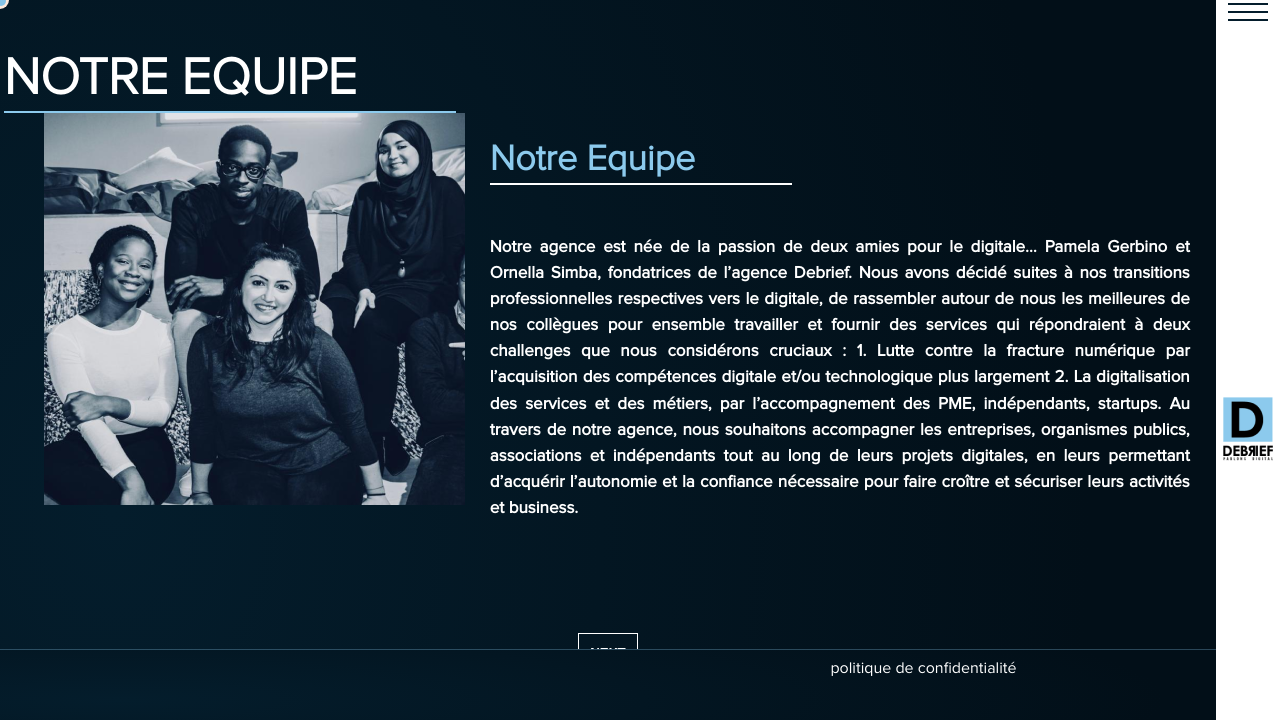
Repository: keloriane/debriefs
Page: /debriefs/a-propos
These files come from the project's save history. The page is drawn as it stood at one moment and after the next save; the edit follows.
The browser window is 1280 px wide. The pictures show the whole page.
The project was rebuilt for these pictures with package versions that can differ from the ones it lists, and the page was loaded fresh each time. Also part of the build but not shown: src/components/Title/Title.jsx, src/components/page/Contact/Contact.jsx, src/components/Nav/Nav.jsx, src/components/page/Home/Home.jsx, src/components/page/Service/Services.jsx, src/components/page/Service/ServiceDetails.jsx, src/components/page/Webinaire/Webinaires.jsx, src/components/page/Techspace/Techspace.jsx and 7 more. Imported but missing from the stored project, and not drawn on this page: src/assets/video/video.mp4.

Above is the page before, as saved 2020-07-28 13:31:58.

### public/index.html
<!DOCTYPE html>
<html lang="en">
  <head>
    <meta charset="utf-8" />
    <link rel="icon" href="%PUBLIC_URL%/favicon.ico" />
    <meta name="viewport" content="width=device-width, initial-scale=1" />
    <meta name="theme-color" content="#000000" />
    <meta
      name="description"
      content="Web site created using create-react-app"
    />
    <link rel="apple-touch-icon" href="%PUBLIC_URL%/logo192.png" />
    <link href="https://fonts.googleapis.com/css2?family=Inter:wght@300;400;600;700&display=swap" rel="stylesheet">
    <link rel="manifest" href="%PUBLIC_URL%/manifest.json" />
    <title>React App</title>
  </head>
  <body>
    <noscript>You need to enable JavaScript to run this app.</noscript>
    <div id="root"></div>
  </body>
</html>

### src/App.scss

@import "./assets/style/module/variables.scss";
@import "./assets/style/module/breakpoints.scss";



h2, h3{
  font-family:$proxyL;
}
button{
  color: $white;
}
body,
html {
  user-select: none;
  background: $white;
  overscroll-behavior: none;
  margin: 0;
  font-family: "Proxima";
  -webkit-font-smoothing: antialiased;
  -moz-osx-font-smoothing: grayscale;
}

.container {
  width: 1560px;
  min-width: 1560px;
  margin: 0 auto;
  height: 100%;
  @include media("<=1560px") {
    width: 1280px;
    min-width: 1280px;
  }
  @include media("<=desktop") {
    width: 1080px;
    min-width: 1080px;
  }
  @include media("<=1080px") {
    width: 100%;
    min-width: 100%;
  }
  .row {
    display: flex;
    height: 95%;
    padding: 0 32px;
    @include media("<=phone") {
      padding: 0 16px;
    }
  }
  .v-center {
    align-items: center;
  }
  .space-between {
    justify-content: space-between;
  }
}
.intro-container{
  width: 100vw;
  height: 100vh;
  overflow: hidden;
  display: flex;
  align-items: center;
  justify-content: center;
  background: radial-gradient(80.27% 180.6% at 9.33% 71.2%, #0D0D0D 0%, #041D2C 100%);

}

#loader{
  width: 30vw;
}

path{
  overflow: hidden;
}

a{
  text-decoration: none;
}

.container-fluid {
  width: 95%;
  height: 100%;
  .row {
    display: flex;
    height: 95%;
  }

}
#page{
  background: radial-gradient(80.27% 180.6% at 9.33% 71.2%, #0D0D0D 0%, #020f18 100%);
  width: 100vw;
  height: 100vh;
  background-color: #fff;
  overflow: inherit;
  @include media('<=tablet'){
    height: 100%;
    width: 100%;
  }
}

*{
  padding: 0;
  margin: 0;

}

### src/components/page/Main/Main.jsx
import React,{useState} from "react";
import "./main.scss";

import "./main.scss";
import {teams} from "./team";
import { HomeB } from "../../BreadCrumbs/HomeB";

const Main = () => {

    let [index , setIndex] = useState(0)


    const [slide , setSlide] = useState({
        teams: teams,
        team : teams[index]
    })

    const nextSlide = (e) => {
        e.preventDefault()
        setIndex(index +=1)
        setSlide({
            team: teams[index]
        })

        if(index === 3 ){
            setIndex(0)
        }
    }



    return (
        <>
        <div id="main-about-page">
            <div className="logo-content-about">
                <HomeB />
            </div>
            <div className="about-media-content">
                <div className="title-content">
                    <h2>NOTRE EQUIPE</h2>
                    <div className="underline"></div>
                </div>
                <div className="team-content">

                <div className="image-container">
                    <img src={slide.team.image} alt="" />
                </div>

            <div className="about-text-content">
                <h3 className="about-title">{slide.team.title}</h3>
                <div className="underline-about"></div>
                <p className="about-text">
                   {slide.team.about}
                </p>
            </div>
            </div>

                </div>
        <button onClick={nextSlide}>
            next
        </button>
        </div>
        </>
    )
}
export default Main;

### src/components/page/Footer/Footer.jsx
import React from "react";
import "./footer.scss"

const Footer = () => {
    return (
        <div id="footer">
            <div className="logo-footer">


            </div>
            <div className="links">
            <a href="politique de fonidentialité pdf">politique de confidentialité</a>

            </div>
        </div>
    )
}
export default Footer;

### src/assets/style/module/variables.scss
$white:#ffffff;
$lBlue:#8CCAED;
$dBlue:#041D2C;
$gradient: radial-gradient(80.27% 180.6% at 9.33% 71.2%, #041d2c 0%, #020f18 100%);
$gradientInner: radial-gradient(80.27% 180.6% at 9.33% 71.2%, #041B28 0%, #03141F 100%);
$proxy: "Proxima";
$proxyB: "Proxima-bold";
$proxyL: "Proxima-light";


@font-face {
    font-family: "Proxima";
    src: url("./../../fonts/ProximaNova-Regular.otf") format("opentype"),


}

@font-face {
    font-family: "Proxima-bold";
    src: url("./../../fonts/ProximaNova-Bold.otf") format("opentype"),
}
@font-face {
    font-family: "Proxima-light";
    src: url("./../../fonts/ProximaNova-Light.otf") format("opentype"),
}

### src/components/page/Main/main.scss
//head
@import "./../../../assets/style/module/variables.scss";
@import "./../../../assets/style/module/breakpoints.scss";

.logo-content-about{
  svg{

    @include media("<=1365px"){
      display: none;
    }
  }
}


#main-about-page {
  display: flex;
  color: $white;
  justify-content: space-around;
  width: 95vw;
  height: 100vh;
  align-items: center;
  background: $gradient;
  flex-wrap: wrap;
  @include media("<=tablet"){
    height: 100%;
  }
  .about-media-content{
    display: flex;
    flex-flow: column;
    height: 490px;
    justify-content: space-around;
    .team-content{
      display: flex;
    }
    .image-container{
      margin-left: 40px;
      @include media("<=tablet"){
        margin-left: 0;
      }
      img{
        width: 100%;
        max-width: 450px;
      }
    }

    h2 {
      font-size: 52px;
      line-height: 63px;
      color: #FFFFFF;
      @include media("<=tablet"){
        font-size: 4vw;
      }
    }

  }



  .about-text-content {
    max-width: 700px;
    width: 100%;
    padding:25px;
    p{
      text-align: justify;
    }

    .underline-about {
      width: 100%;
      max-width: 300px;
      border: .5px solid #FFFFFF;
    }

    .about-title {
      font-weight: 600;
      font-size: 36px;
      line-height: 45px;

      color: $lBlue;
    }

    .about-text {
      margin-top: 50px;
      font-weight: 600;
      font-size: 17px;
      line-height: 154.3%;
      /* or 25px */


      color: #FFFFFF;

    }
  }

}

### src/components/Cursor/cursor.scss
@import "./../../assets//style/module/easing.scss";
@function rem($pixel) {
    @return $pixel/16+rem;
}
$desktop: 1920px;
.c-cursor {
    height: rem(18);
    position: fixed;
    left: rem(-9);
    top: rem(-9);
    z-index: 9;
    width: rem(18);
    display: flex;
    justify-content: center;
    align-items: center;
    transition: 1s cubic-bezier(0.19, 1, 0.22, 1);
    pointer-events: none;
    backface-visibility: hidden;
    mix-blend-mode: difference;
    &:before {
        // border: 1px solid hsla(0, 0%, 83%, 1);
        background-color: #ffffff;
        border-radius: 50%;
        height: 100%;
        content: "";
        width: 100%;
        position: absolute;
        left: 0;
        top: 0;
        mix-blend-mode: difference;
        .is-hover & {
            mix-blend-mode: difference;
            transform: scale(2.5);
            transition: all 0.3s $easeOutQuad;
        }
    }
}

button {
    height: 40px;
    width: 60px;
}

#box-css {
    animation: slidein 20s infinite;
}

@keyframes slidein {
    from {
        transform: translateX(-500px);
    }
    to {
        transform: translateX(1000px);
    }
}

#inner-cursor {
    height: 10px;
    position: fixed;
    z-index: 10;
    width: 10px;
    display: flex;
    left: -0.25rem;
    top: -0.25rem;
    justify-content: center;
    align-items: center;
    background-color: #85C3E6;
    border-radius: 100%;
    pointer-events: none;
    &:before {
        background-color: #85C3E6;
        border-radius: 50%;
        height: 100%;
        width: 100%;
        position: absolute;
        left: 10;
        top: 10;
        .is-hover & {
            border: 1px solid hsla(274, 100%, 50%, 1);
            transform: scale(2.5);
        }
    }
}

### src/components/page/Service/services.scss
@import "./../../../assets//style//module/variables.scss";
@import "./../../../assets//style//module/breakpoints.scss";
#services {
  background: $gradient;
  width: 95vw;
  height: 100vh;
  display: flex;
  align-items: center;
  .logo-bread{
    margin-left: 40px;
  }
  .logo-layer{
    margin-left: 50px;
  }
  @include media('<=652px'){
    height: 100%;
  }
  @include media('<=phone'){
    height: 100%;
    width: 320px;
    margin: 0 auto;
    background:none;
  }

  .service-container {
    margin: 0 auto;
  }
  .title-service {
    max-width: 409px;
    height: 88px;
    h2 {
      font-family: "Proxima";
      font-style: normal;
      font-weight: 600;
      font-size: 52px;
      line-height: 63px;
      color: #ffffff;
      text-transform: uppercase;
    }
  }
  .services-grid {
    width: 100%;
    max-width: 800px;
    margin: 0 auto;
    display: flex;

    flex-wrap: wrap;
    justify-content: space-around;
    align-items: center;
    @include media('<=phone'){
      height: 100%;
      width: 320px;
      margin: 0 auto;
    }

    .service-item {
      width: 310px;
      height: 165px;
      display: flex;
      flex-flow: column;
      justify-content: space-around;
      margin-top: 45px;
      .number {
        align-self: flex-end;
      }
      .headline-service {
        display: flex;
        justify-content: space-between;
        h3 {
          font-style: normal;
          font-weight: bold;
          font-size: 21px;
          line-height: 26px;
          color: #ffffff;
        }
      }
      p {
        font-family: "Proxima";
        font-style: normal;
        font-weight: 500;
        font-size: 18px;
        line-height: 22px;

        color: #fcfcfc;
      }
      .underline-service {
        width: 269px;
        border: 0.5px solid white;
      }
    }
  }
}

### src/components/MenuBox/menu.scss
@import "./../../assets/style/module/variables.scss";

  .menu-box {
    width: 100%;
    height: 100vh;
    overflow: hidden;
    position: fixed;
    display: grid;
    top: 0;
    left: 0;
    grid-template-columns: 20% 30% 50%;
    grid-template-rows: 60% 40%;
    grid-template-areas:
      "item3 item2 item1"
      "item4 item4 item1";
    z-index: 0;
    display:grid;
      .menu__item {
          overflow: hidden;

          &.menu__item1 {

              background: $dBlue;
              grid-area: item1;
              transform: translateY(-100%);
            }
            &.menu__item2 {
                background: $dBlue;

                transform: translateX(-170%);
                grid-area: item2;
            }
            &.menu__item3 {
                background: $white;

                transform: translateX(-100%);
                grid-area: item3;
            }
            &.menu__item4 {
                background: $lBlue;
                grid-area: item4;
                transform: translateX(-100%);

            }
            &.menu__item5 {
                background: $white;
                grid-area: item5;



            }
        }

      .menu__item-inner {
        display: flex;
        flex-direction: column;

        align-items: center;
        height: 100%;
        a {
          font-size: 2vw;
          overflow: visible;
          margin: 0.5rem 0;
          padding: 0 0.5rem;
          position: relative;
          transition: color 0.3s;
          color: $white;
          &:hover{
              color: $lBlue;
          }

        }
      }
    }




// .menu-box {
//     text-align: center;
//     width: 100%;
//     height: 100vh;
//     overflow: hidden;
//     position: fixed;
//     top: 0;
//     left: 0;
//     z-index: 200;
//     display: grid;
//     grid-template-columns: 100%;
//     grid-template-rows: repeat(3,33.33%);
//     pointer-events: none;
// }

### src/components/page/Footer/footer.scss
@import "./../../../assets/style/module/variables.scss";

#footer{
    height: 50px;
    border-top: 1px solid rgba(133, 195, 230, 0.31);
    position: fixed;
    bottom: 0;
    width: 100%;
    background: $gradient;
    padding: 10px;
    display: flex;
    justify-content: space-around;
    a{
        color: white;
    }
    img{
        width: 60px;
    }
}

### src/components/page/Blog/Blog.scss
@import "./../../../assets/style/module/variables.scss";
@import "./../../../assets/style/module/breakpoints.scss";

#blog {
  width: 100vw;
  height: 100%;
  background: $gradient;
  color: $white;
  display: flex;
  align-items: center;
  .underline{
      margin-top: 5px;
      width: 180px;
  }
  .inner-blog{
      width: 1240px;
      height: 700px;

      margin: 0 auto;
      .blog-wrapper {
        margin-top: 50px;
        width: 100%;
        height: 100%;
        display: flex;
        flex-wrap: wrap;
        justify-content: space-around;
        overflow-y: scroll;

        .blog-article {
          background: radial-gradient(
            80.27% 180.6% at 9.33% 71.2%,
            #0d0d0d 0%,
            #041d2c 100%
            );
            overflow: hidden;
          border: 0.5px solid #d7d7d7;
          box-sizing: border-box;
          border-radius: 40px 0px;
          max-width: 450px;
          width: 100%;
          height: 620px;
          margin-bottom: 40px;
          .image-article-container{
              max-height: 255px;
              overflow: hidden;
          }
          .article-headline {
            display: flex;
            height: 20px;
            align-items: center;
            justify-content: space-between;
            padding: 10px;
            .article-title {
              font-family: $proxyL;
              font-size: 24px;
              line-height: 154.3%;
              font-weight: 200;
              /* or 37px */

              color: #ffffff;

            }
            .article-time{
                font-size: 10px;
            }
        }
                .article-content {
                    padding: 24px;
                    p{
                        text-align: justify;
                        font-size: 16px;
                        line-height: 154.3%;
    /* or 25px */
                    }
                }
          img {
            width: 100%;
            filter: saturate(0%);
          }
        }
      }
  }
}

### src/components/page/Dcg/dcg.scss
@import "./../../../assets/style/module/variables.scss";
@import "./../../../assets/style/module/breakpoints.scss";

#digital-career-center {
  width: 95vw;
  height: 100vh;
  background-color: $white;
  .inner-container {
    display: flex;
    max-width: 1280px;
    width: 100%;
    height: 100%;
    justify-content: space-around;
    align-items: center;
    flex-flow: wrap;
    margin: 0 auto;
    .dcg-image-container {
      .inner-image {
        max-width: 589px;
        width: 100%;
        height: 366px;
        position: relative;
      }
      .inner-image {
          .bus{
            position: absolute;
            bottom: -61px;
            right: -20px;
          }
      }
    }
    .inner-text-content {
      .title-back-layer {
        position: absolute;
        left: 29%;
        background-color: $dBlue;
        height: 50px;
        display: flex;
        align-items: center;
        margin-bottom: 20px;
        top: 31%;
        // width: 272px;
        padding: 10px;
        overflow: hidden;
        h2 {
          text-transform: uppercase;
          color: $white;
          font-size: 45px;
        }
        @include media("<=tablet") {
          position: relative;
          display: block;
          left: 0;
          top: 0;
        }
      }
      .text-inner-content {
        width: 100%;
        max-width: 616px;
        margin-top: 50px;
        p {
          font-weight: 300;
          font-size: 16px;
          line-height: 175.9%;
          /* or 28px */

          text-align: justify;
          letter-spacing: 0.05em;
        }
      }
    }
  }
}

### src/components/Title/title.scss
@import "./../../assets/style/module/variables.scss";
@import "./../../assets/style/module/breakpoints.scss";
.title-container{
    display: flex;
    flex-flow: column;
    justify-content: space-around;

    h2{
        font-size: 52px;
        color: white;
        @include media('<=phone'){

            margin: 0 auto;
            font-size: 20px;

          }
    }
    .underline{

        width: 100%;
        max-width: 340px;
    }


}

### src/components/Nav/nav.scss
@import "./../../assets/style/module/variables.scss";
.home-nav {
    ul {
        display: flex;
        justify-content: space-around;
        align-items: center;

        li {
            list-style: none;

            a {
                font-family: "Proxima";
                font-style: normal;
                font-weight: bold;
                font-size: 18px;
                line-height: 175.9%;
                /* or 32px */
                text-align: center;
                letter-spacing: 0.05em;
                color: $white;
                text-transform: uppercase;
                text-decoration: none;
            }

            button {
                position: relative;
                width: 169px;
                height: 49px;
                border: 1px solid $white;
                box-sizing: border-box;
                background: none;
                text-transform: uppercase;
                font-weight: bold;
                    color: $white;

            }
        }
    }
}

### src/assets/style/module/easing.scss
$linear: cubic-bezier(0.250, 0.250, 0.750, 0.750);
$ease: cubic-bezier(0.250, 0.100, 0.250, 1.000);
$ease-in: cubic-bezier(0.420, 0.000, 1.000, 1.000);
$ease-out: cubic-bezier(0.000, 0.000, 0.580, 1.000);
$ease-in-out: cubic-bezier(0.420, 0.000, 0.580, 1.000);
$easeInQuad: cubic-bezier(0.550, 0.085, 0.680, 0.530);
$easeInCubic: cubic-bezier(0.550, 0.055, 0.675, 0.190);
$easeInQuart: cubic-bezier(0.895, 0.030, 0.685, 0.220);
$easeInQuint: cubic-bezier(0.755, 0.050, 0.855, 0.060);
$easeInSine: cubic-bezier(0.470, 0.000, 0.745, 0.715);
$easeInExpo: cubic-bezier(0.950, 0.050, 0.795, 0.035);
$easeInCirc: cubic-bezier(0.600, 0.040, 0.980, 0.335);
$easeInBack: cubic-bezier(0.600, -0.280, 0.735, 0.045);
$easeOutQuad: cubic-bezier(0.250, 0.460, 0.450, 0.940);
$easeOutCubic: cubic-bezier(0.215, 0.610, 0.355, 1.000);
$easeOutQuart: cubic-bezier(0.165, 0.840, 0.440, 1.000);
$easeOutQuint: cubic-bezier(0.230, 1.000, 0.320, 1.000);
$easeOutSine: cubic-bezier(0.390, 0.575, 0.565, 1.000);
$easeOutExpo: cubic-bezier(0.190, 1.000, 0.220, 1.000);
$easeOutCirc: cubic-bezier(0.075, 0.820, 0.165, 1.000);
$easeOutBack: cubic-bezier(0.175, 0.885, 0.320, 1.275);
$easeInOutQuad: cubic-bezier(0.455, 0.030, 0.515, 0.955);
$easeInOutCubic: cubic-bezier(0.645, 0.045, 0.355, 1.000);
$easeInOutQuart: cubic-bezier(0.770, 0.000, 0.175, 1.000);
$easeInOutQuint: cubic-bezier(0.860, 0.000, 0.070, 1.000);
$easeInOutSine: cubic-bezier(0.445, 0.050, 0.550, 0.950);
$easeInOutExpo: cubic-bezier(1.000, 0.000, 0.000, 1.000);
$easeInOutCirc: cubic-bezier(0.785, 0.135, 0.150, 0.860);
$easeInOutBack: cubic-bezier(0.680, -0.550, 0.265, 1.550);

Loaded but not shown: src/index.js (common file); src/index.css (common file); src/serviceWorker.js (common file); src/App.js (104 lines, source omitted); src/components/page/Main/team.js (20 lines, source omitted); src/functions/Animation.js (104 lines, source omitted); src/components/Cursor/Cursor.js (55 lines, source omitted); src/components/Loader/Loader.jsx (42 lines, source omitted); src/components/page/Home/home.scss (379 lines, source omitted); src/assets/style/module/breakpoints.scss (329 lines, source omitted); src/view/Menu/Menu.jsx (127 lines, source omitted); src/components/page/Service/ServiceDetails.scss (230 lines, source omitted); src/components/Header/Header.jsx (138 lines, source omitted); src/components/page/Contact/contact.scss (182 lines, source omitted); src/view/Menu/menu.scss (184 lines, source omitted); src/components/BreadCrumbs/HomeB.jsx (51 lines, source omitted); src/components/Header/header.scss (103 lines, source omitted); src/components/page/Techspace/techspace.scss (155 lines, source omitted); src/components/page/Webinaire/webinaires.scss (103 lines, source omitted)

After the next save:
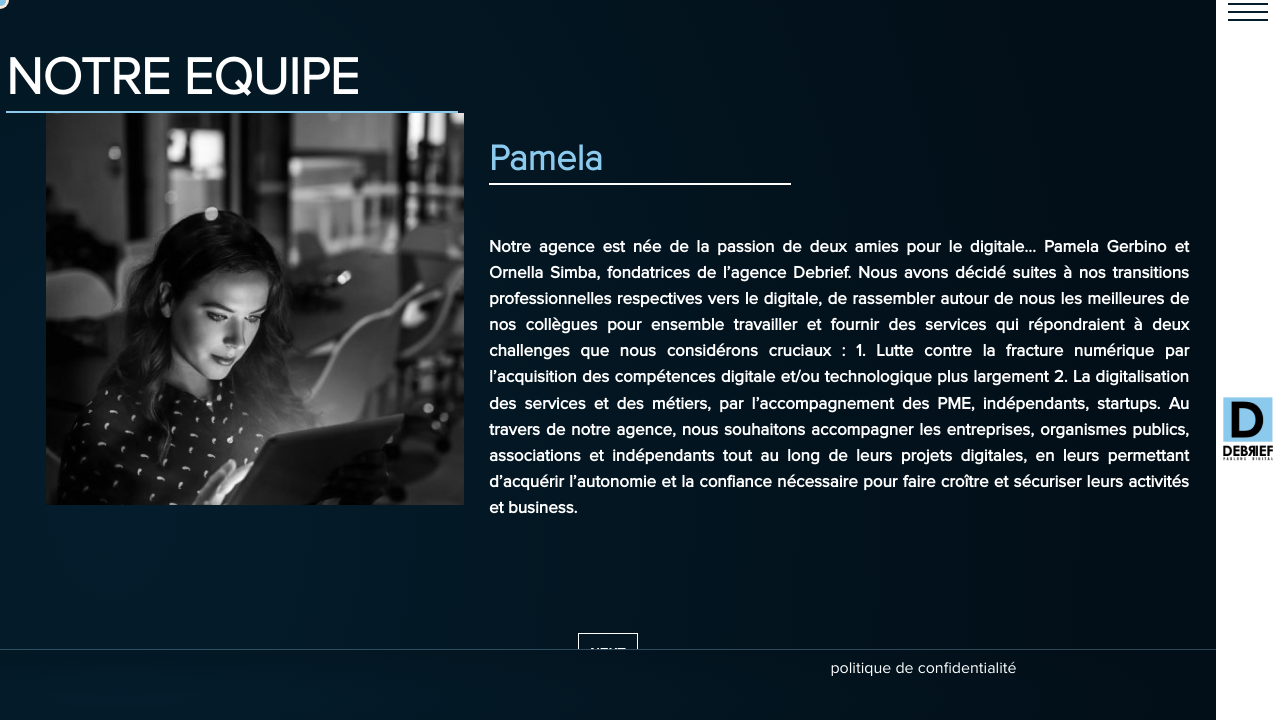
Saved 18 s later.
--- a/src/components/page/Main/Main.jsx
+++ b/src/components/page/Main/Main.jsx
@@ -7,7 +7,7 @@
 
 const Main = () => {
 
-    let [index , setIndex] = useState(0)
+    let [index , setIndex] = useState(1)
 
 
     const [slide , setSlide] = useState({

After the save that followed:
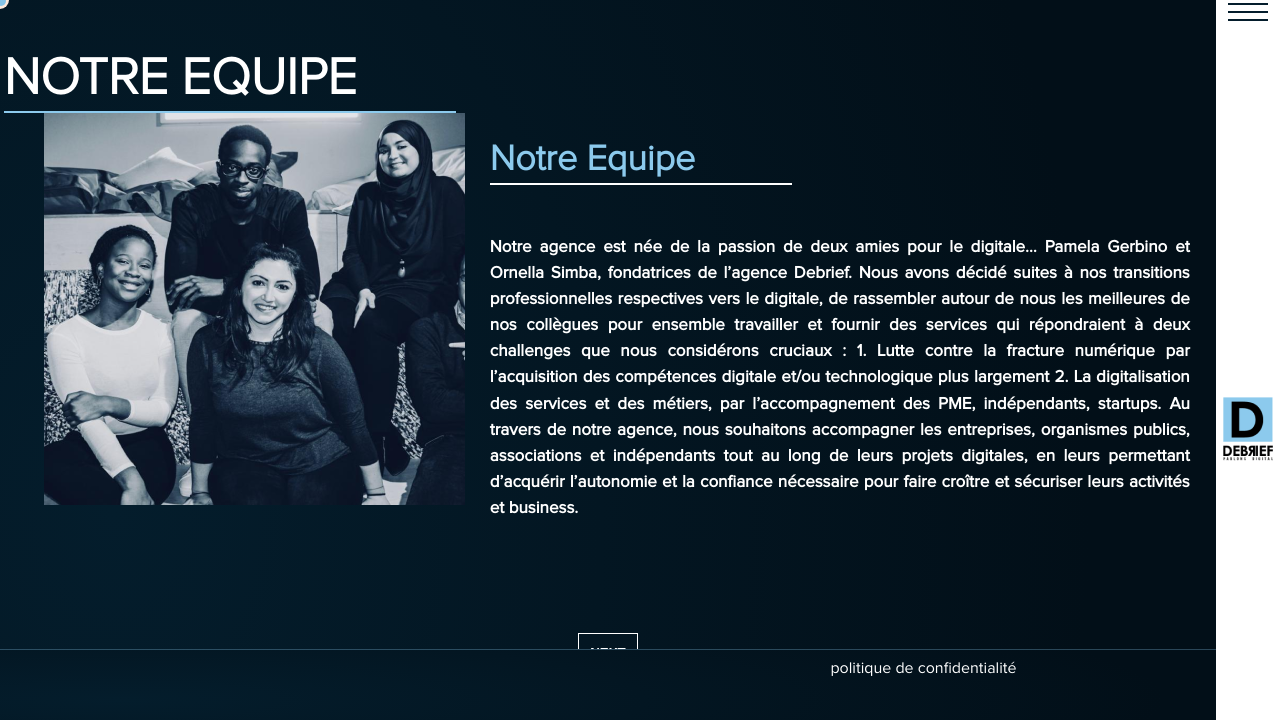
Saved 10 s later.
--- a/src/components/page/Main/Main.jsx
+++ b/src/components/page/Main/Main.jsx
@@ -7,7 +7,7 @@
 
 const Main = () => {
 
-    let [index , setIndex] = useState(1)
+    let [index , setIndex] = useState(0)
 
 
     const [slide , setSlide] = useState({
